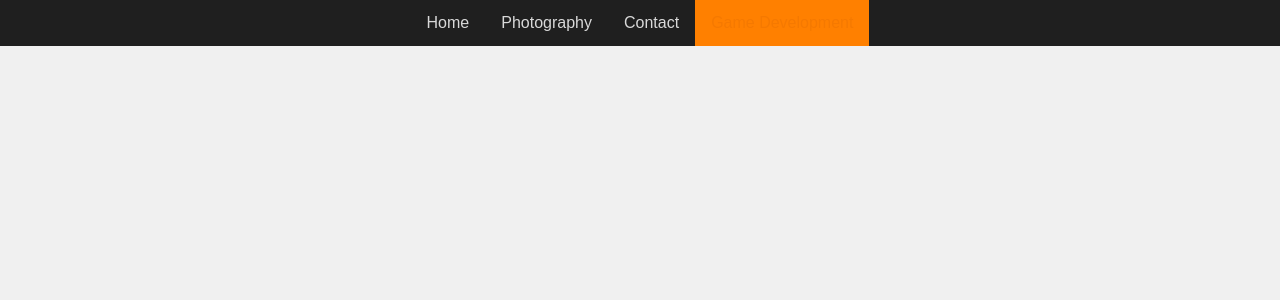
Repository: Argivist/ArgPortfolio
Page: blender/index.html
An editor plug-in stored every save of this project. The page is shown before and after the next save, followed by the edit.
The browser window is 1280 px wide. The pictures show the whole page.

Above is the page before, as saved 2025-03-28 17:00:09.

### blender/index.html
<!DOCTYPE html>
<html lang="en">

<head>
    <meta charset="UTF-8">
    <meta name="viewport" content="width=device-width, initial-scale=1.0">
    <link rel="stylesheet" href="../css/styles.css">
    <link rel="stylesheet" href="../css/nav.css">
    <link rel="stylesheet" href="../css/items.css">
    <link rel="stylesheet" href="../css/blender.css">
    <link rel="stylesheet" href="/css/blenderpreview.css">


    <title>Hutton Amison-Addy</title>

    <style>
        body{
            background-color: #f0f0f0;
            font-family: 'Arial', sans-serif;
        }
    </style>
</head>

<body>
    <nav>
        <ul>
            <li class="nav-content"><a href="../../index.html">Home</a></li>
            <li class="nav-content"><a href="https://www.instagram.com/theworldinoneseye/">Photography</a></li>

            <li class="dropdown nav-content">
                <a href="contact.html">Contact</a>
                <ul class="dropdown-content">
                    <li><a href="https://www.linkedin.com/in/hutton-amison-addy-7b1b3b1b1/">LinkedIn</a></li>
                    <li><a href="https://www.github.com/Argivist">GitHub</a></li>
                    <li><a href="mailto:hutton.amison@ashesi.edu.gh">hutton.amison@ashesi.edu.gh</a></li>
                    <li><a href="mailto:huttonaaddy.public@gmail.com">huttonaaddy.public@gmail.com</a></li>
                </ul>
            </li>

            <li class="dropdown nav-content active">
                <a href="#" class="active-text">Game Development</a>
                <ul class="dropdown-content">
                    <li><a href="../game/index.html" >Game Development Projects</a></li>
                    <li class=" "><a href="">Blender</a></li>
                </ul>
            </li>
        </ul>
    </nav>
    <div class="padding">
    </div>
        <div class="overlay">


            <!-- Preview -->
            <div id="previews"></div>

        </div>



</body>
<!-- Include PapaParse from CDN -->
<script src="https://cdnjs.cloudflare.com/ajax/libs/PapaParse/5.3.2/papaparse.min.js"></script>


<script src="./js/loadPreviews.js" defer></script>

</html>

### css/styles.css
body{
    height: 100%;
    margin: 0;
    padding: 0;
}

### css/nav.css
/* 1. Define default variables in :root */


/* NAV Content and Dropdown */
.nav-content {
    position: relative;
    display: inline-block;
}

.dropdown {
    position: relative; /* For proper absolute positioning of its child */
    display: inline-block;
}

.dropdown:hover .dropdown-content {
    display: block;
}

.dropdown-content {
    display: none;
    position: absolute; /* This makes it overlay other elements without affecting layout */
    background-color: var(--dropdown-bg);
    min-width: 160px;
    box-shadow: 0px 8px 16px 0px rgba(0,0,0,0.2);
    z-index: 1;
}

/* Nav Stylisation */
nav {
    background-color: var(--nav-bg);
    position: fixed;
    top: 0;
    left: 0;
    width: 100vw;
    z-index: 100;
    display: flex;
    justify-content: center;  /* Centers the nav content horizontally */
    align-items: center;      /* Vertically centers items */
    margin: 0;
    color: var(--nav-link-color);
}

/* Reserve space for the fixed navbar */
.padding {
    height: 35px;  /* Adjust this value to match your navbar's height */
    top: 0;
    left: 0;
    width: 100%;
    bottom: 0;
}

/* Nav List Styles */
nav ul {
    list-style-type: none;
    margin: 0;
    padding: 0;
    display: flex;
}

nav ul li {
    display: inline-block;
    margin: 0;
    text-align: center;
    /* If you want each <li> to match nav’s background: */
    background-color: var(--nav-bg);
}

/* Nav Links */
nav ul li a {
    display: block;
    color: var(--nav-link-color);
    text-align: center;
    padding: 14px 16px;
    text-decoration: none;
}

nav ul li a:hover {
    background-color: var(--nav-link-hover-bg);
    color: var(--nav-link-active-color);
}

/* Optional: Ensure dropdown list items take full width */
.dropdown ul li {
    width: 100%;
}

/* Active link styling */
.active {
    background-color: var(--active-bg);
    /* color: var(--nav-link-active-color); */
    text-decoration: none;
}
/* If .active is on the <li>, target the <a> inside */
.active-text{
    color: var(--nav-link-active-color);
}

### css/items.css
:root {
    /* Preview Box Variables */
    --preview-box-width: 300px;
    --preview-box-margin: 50px auto;
    --preview-box-border-color: #ccc;
    --preview-box-border-width: 2px;
    --preview-box-border-radius: 8px;
    --preview-box-box-shadow: 0 2px 8px rgba(0, 0, 0, 0.2);
    --preview-box-hover-scale: 1.03;

    /* Header Variables */
    --preview-header-bg: var(--nav-bg, #333);
    --preview-header-color: var(--nav-link-color, #fff);
    --preview-header-padding: 10px;
    --preview-header-font-size: 1.2em;

    /* Modal Variables */
    --modal-bg-color: rgba(0, 0, 0, 0.8);
    --modal-z-index: 200;

    --modal-content-bg: #fff;
    --modal-content-margin: 5% auto;
    --modal-content-padding: 20px;
    --modal-content-width: 80%;
    --modal-content-max-width: 1000px;
    --modal-content-border-radius: 8px;

    /* Close Button */
    --close-color: #aaa;
    --close-hover-color: #000;
    --close-font-size: 30px;

    /* Sidebar Variables */
    --sidebar-border-color: #ccc;
    --sidebar-border-width: 2px;
    --sidebar-max-height: 80vh;

    /* Extra Images */
    --extra-image-width: 100px;
    --extra-image-border: 1px solid #ccc;
    --extra-image-border-radius: 4px;
    --extra-image-hover-scale: 1.05;
  }

  /* Preview Box */
  .preview-box {
    width: var(--preview-box-width);
    margin: var(--preview-box-margin);
    border: var(--preview-box-border-width) solid var(--preview-box-border-color);
    border-radius: var(--preview-box-border-radius);
    overflow: hidden;
    cursor: pointer;
    box-shadow: var(--preview-box-box-shadow);
    transition: transform 0.3s ease;
  }

  .preview-box:hover {
    transform: scale(var(--preview-box-hover-scale));
  }

  .preview-header {
    background-color: var(--preview-header-bg);
    color: var(--preview-header-color);
    text-align: center;
    padding: var(--preview-header-padding);
    font-size: var(--preview-header-font-size);
  }

  .preview-image {
    display: block;
    width: 100%;
    height: auto;
  }

  /* Modal Styles */
  .modal {
    display: none; /* Hidden by default */
    position: fixed;
    z-index: var(--modal-z-index);
    left: 0;
    top: 0;
    width: 100%;
    height: 100%;
    overflow: auto; /* Enable scroll if needed */
    background-color: var(--modal-bg-color);
  }

  .modal-content {
    background-color: var(--modal-content-bg);
    margin: var(--modal-content-margin);
    padding: var(--modal-content-padding);
    width: var(--modal-content-width);
    max-width: var(--modal-content-max-width);
    display: flex;
    flex-wrap: wrap;
    border-radius: var(--modal-content-border-radius);
    position: relative;
  }

  .close {
    position: absolute;
    top: 10px;
    right: 15px;
    color: var(--close-color);
    font-size: var(--close-font-size);
    font-weight: bold;
    cursor: pointer;
    transition: color 0.2s;
  }

  .close:hover {
    color: var(--close-hover-color);
  }

  /* Modal image container */
  .modal-image-container {
    flex: 2 1 60%;
    padding: 10px;
  }

  .modal-image {
    width: 100%;
    height: auto;
    border-radius: 4px;
  }

  /* Modal sidebar */
  .modal-sidebar {
    flex: 1 1 35%;
    padding: 10px;
    max-height: var(--sidebar-max-height);
    overflow-y: auto;
    border-left: var(--sidebar-border-width) solid var(--sidebar-border-color);
  }

  .modal-sidebar h2 {
    margin-top: 0;
  }

  .modal-description {
    font-size: 16px;
    line-height: 1.5;
  }

  /* Extra Images Container */
  .extra-images-container {
    display: flex;
    flex-wrap: wrap;
    gap: 10px;
    margin-top: 10px;
  }

  .extra-image {
    width: var(--extra-image-width);
    height: auto;
    border: var(--extra-image-border);
    border-radius: var(--extra-image-border-radius);
    cursor: pointer;
    transition: transform 0.2s;
  }

  .extra-image:hover {
    transform: scale(var(--extra-image-hover-scale));
  }

### css/blender.css
:root {
    --nav-bg: #f57900;           /* Blender's dark gray background */
    --nav-link-color: #fff;      /* Light text for contrast */
    --nav-link-hover-bg: #3d3d3d; /* Hover background */
    --dropdown-bg: #2c2c2c;       /* Dropdown background */
    --active-bg: #f1f1f1;         /* Active background */
    --border-color: #555;         /* Border color */
    --text-color: #333;           /* Dark text */
    --nav-link-active-color: #f57900; /* Active link text (Blender's signature orange) */
}

### blender/css/blenderpreview.css
:root {
    /* Override color variables */
    --nav-bg: #1f1f1f;              /* Darker navbar background */
    --nav-link-color: #d9d9d9;        /* Light gray for nav links */
    --nav-link-hover-bg: #444;       /* Hover background for nav links */
    --dropdown-bg: #2a2a2a;          /* Dark dropdown background */
    --active-bg: #ff8000;            /* Active link background, e.g., signature orange */
    --text-color: #e0e0e0;           /* General text color if needed */

    /* You can override any other variables here as desired */
    --preview-header-bg: var(--nav-bg);
    --preview-header-color: var(--nav-link-color);
  }

### blender/js/loadPreviews.js
document.addEventListener("DOMContentLoaded", () => {
  // Path to your CSV file
  const csvPath = 'data/items.csv';

  // Fetch the CSV file
  fetch(csvPath)
    .then(response => response.text())
    .then(csvText => {
      // Parse CSV using PapaParse (with header: true)
      Papa.parse(csvText, {
        header: true,
        skipEmptyLines: true,
        complete: function(results) {
          const data = results.data;
          // For each row in the CSV, create a preview box
          data.forEach(row => {
            createPreview(row);
          });
        },
        error: function(err) {
          console.error("Error parsing CSV:", err);
        }
      });
    })
    .catch(error => console.error("Error fetching CSV:", error));
});

/**
 * Creates a preview box element from a CSV row.
 * @param {Object} row - A row object from the CSV with keys: mainImage, header, description, otherImagesFolder.
 */
function createPreview(row) {
  // Create the container for the preview box
  const previewBox = document.createElement('div');
  previewBox.classList.add('preview-box');

  // Create header element
  const previewHeader = document.createElement('div');
  previewHeader.classList.add('preview-header');
  previewHeader.textContent = row.header;

  // Create the image element
  const previewImage = document.createElement('img');
  // Adjust the image path if necessary
  previewImage.src = `content/${row.mainImage}/main.jpg`;
  previewImage.alt = row.header;

  // Append header and image to the preview box
  previewBox.appendChild(previewHeader);
  previewBox.appendChild(previewImage);

  // Add click event listener to open the modal
  previewBox.addEventListener('click', () => {
    openModal(row);
  });

  // Append the preview box to a container on the page.
  // Make sure you have a container with id "previews" in your HTML.
  document.getElementById('previews').appendChild(previewBox);
}

/**
 * Opens a modal window displaying the expanded image and sidebar.
 * @param {Object} row - The CSV row data.
 */
function openModal(row) {
  // Create the modal container
  const modal = document.createElement('div');
  modal.classList.add('modal');

  // Create modal content container
  const modalContent = document.createElement('div');
  modalContent.classList.add('modal-content');

  // Create the close button
  const closeBtn = document.createElement('span');
  closeBtn.classList.add('close');
  closeBtn.innerHTML = '&times;';
  closeBtn.addEventListener('click', () => {
    modal.style.display = 'none';
    modal.remove();
  });
  modalContent.appendChild(closeBtn);

  // Create the image container for the main image
  const imageContainer = document.createElement('div');
  imageContainer.classList.add('modal-image-container');
  const modalImage = document.createElement('img');
  modalImage.classList.add('modal-image');
  modalImage.src = `content/${row.mainImage}/main.jpg`;
  modalImage.alt = row.header;
  imageContainer.appendChild(modalImage);
  modalContent.appendChild(imageContainer);

  // Create the sidebar for header, description, and extra images
  const modalSidebar = document.createElement('div');
  modalSidebar.classList.add('modal-sidebar');

  // Sidebar Header
  const sidebarHeader = document.createElement('h2');
  sidebarHeader.textContent = row.header;
  modalSidebar.appendChild(sidebarHeader);

  // Description
  const descriptionDiv = document.createElement('div');
  descriptionDiv.classList.add('modal-description');
  const descriptionPara = document.createElement('p');
  descriptionPara.textContent = row.description;
  descriptionDiv.appendChild(descriptionPara);
  modalSidebar.appendChild(descriptionDiv);

  // Extra Images Container
  const extraImagesContainer = document.createElement('div');
  extraImagesContainer.classList.add('extra-images-container');
  // Load extra images recursively
  loadExtraImages(row.otherImagesFolder, 1, extraImagesContainer);

  // Append the extra images container to the sidebar
  modalSidebar.appendChild(extraImagesContainer);
  modalContent.appendChild(modalSidebar);

  // Append the modal content to the modal container
  modal.appendChild(modalContent);
  // Append the modal to the body
  document.body.appendChild(modal);

  // Display the modal
  modal.style.display = 'block';

  // Optional: Close the modal when clicking outside of the modal content
  modal.addEventListener('click', (event) => {
    if (event.target === modal) {
      modal.style.display = 'none';
      modal.remove();
    }
  });
}

/**
 * Recursively attempts to load extra images from the specified folder.
 * Stops when an image fails to load.
 * @param {string} folder - The folder containing extra images.
 * @param {number} index - The current image index to attempt.
 * @param {HTMLElement} container - The container to which extra images are appended.
 */
function loadExtraImages(folder, index, container) {
  const img = new Image();
  img.classList.add('extra-image');
  img.src = `content/${folder}/${index}.jpg`;
  img.alt = `Extra image ${index}`;

  // If the image loads, append it and try the next one
  img.onload = () => {
    container.appendChild(img);
    // Recursively attempt to load the next image
    loadExtraImages(folder, index + 1, container);
  };

  // If the image fails to load, stop the recursion
  img.onerror = () => {
    console.log(`No image found at content/${folder}/${index}.jpg, stopping extra images load.`);
  };
}

After the next save:
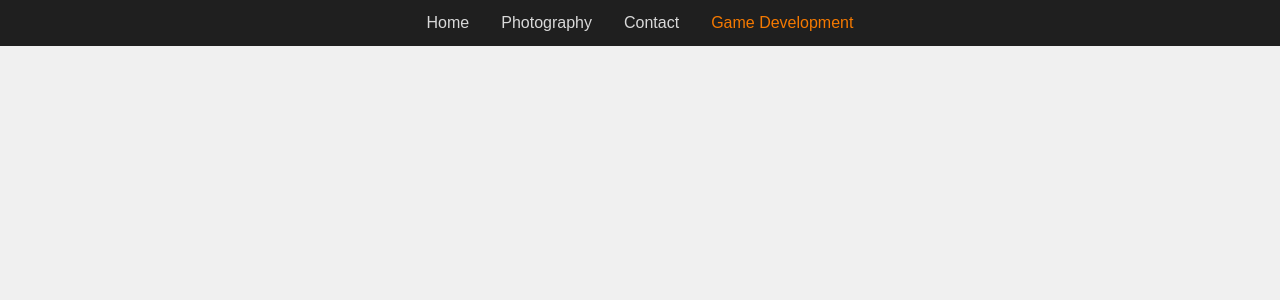
Saved 7 s later.
--- a/blender/css/blenderpreview.css
+++ b/blender/css/blenderpreview.css
@@ -4,7 +4,7 @@
     --nav-link-color: #d9d9d9;        /* Light gray for nav links */
     --nav-link-hover-bg: #444;       /* Hover background for nav links */
     --dropdown-bg: #2a2a2a;          /* Dark dropdown background */
-    --active-bg: #ff8000;            /* Active link background, e.g., signature orange */
+    --active-bg: ;            /* Active link background, e.g., signature orange */
     --text-color: #e0e0e0;           /* General text color if needed */
 
     /* You can override any other variables here as desired */

After the 2 saves that followed:
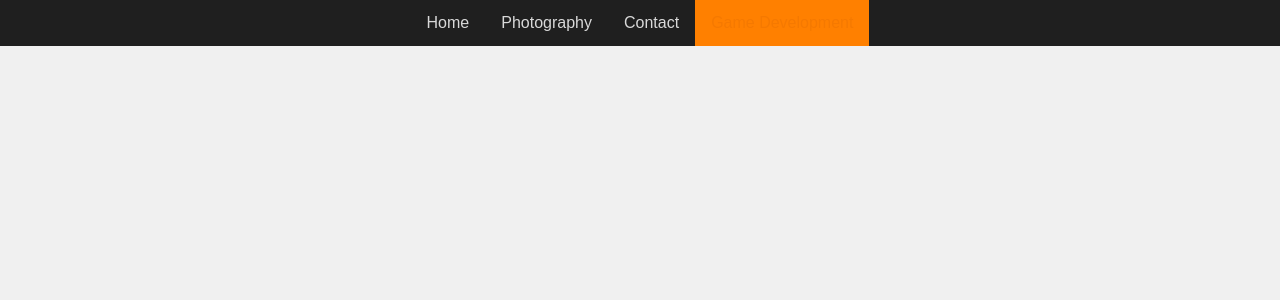
The 2 saves are shown as one change because 1 left the picture as it was.
The last was saved 67 s later.
--- a/blender/css/blenderpreview.css
+++ b/blender/css/blenderpreview.css
@@ -1,13 +1,34 @@
 :root {
-    /* Override color variables */
-    --nav-bg: #1f1f1f;              /* Darker navbar background */
-    --nav-link-color: #d9d9d9;        /* Light gray for nav links */
-    --nav-link-hover-bg: #444;       /* Hover background for nav links */
-    --dropdown-bg: #2a2a2a;          /* Dark dropdown background */
-    --active-bg: ;            /* Active link background, e.g., signature orange */
-    --text-color: #e0e0e0;           /* General text color if needed */
+  /* Override color variables */
+  --nav-bg: #1f1f1f;              /* Darker navbar background */
+  --nav-link-color: #d9d9d9;        /* Light gray for nav links */
+  --nav-link-hover-bg: #444;       /* Hover background for nav links */
+  --dropdown-bg: #2a2a2a;          /* Dark dropdown background */
+  --active-bg: #ff8000;            /* Active link background, e.g., signature orange */
+  --text-color: #e0e0e0;           /* General text color if needed */
 
-    /* You can override any other variables here as desired */
-    --preview-header-bg: var(--nav-bg);
-    --preview-header-color: var(--nav-link-color);
-  }
+
+  --preview-header-bg: var(--nav-bg);
+  --preview-header-color: var(--nav-link-color);
+
+    /* Preview Box Colors */
+    --preview-box-border-color: #ccc;
+
+    /* Header Colors */
+    --preview-header-bg: var(--nav-bg, #333);
+    --preview-header-color: var(--nav-link-color, #fff);
+
+    /* Modal Colors */
+    --modal-bg-color: rgba(0, 0, 0, 0.8);
+    --modal-content-bg: #fff;
+
+    /* Close Button Colors */
+    --close-color: #aaa;
+    --close-hover-color: #000;
+
+    /* Sidebar Colors */
+    --sidebar-border-color: #ccc;
+
+    /* Extra Images */
+    --extra-image-border-color: #ccc;
+}
